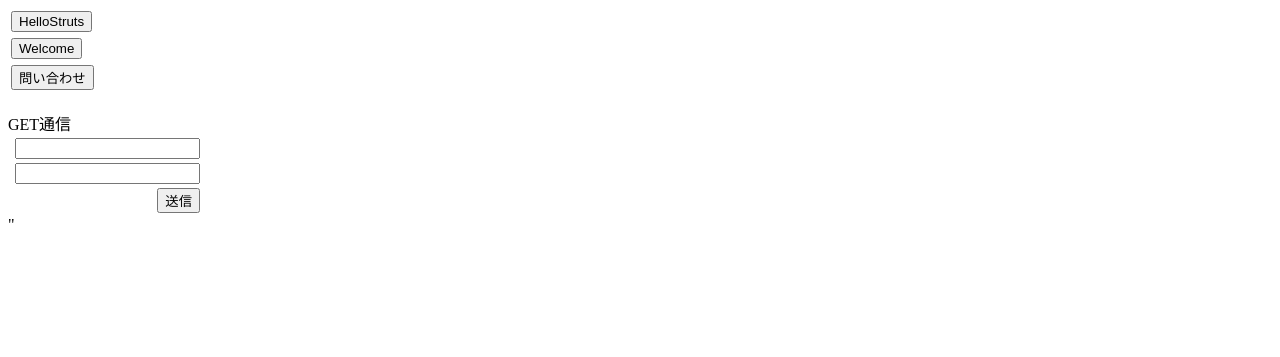
Repository: k-o7777/test
Page: http://localhost/WebProj/
The author's editor kept a copy of each file at every save. The page is drawn from the files as they stood at one save, then again after the next save.
The browser window is 1280 px wide. The pictures show the whole page.
The page is served by Tomcat 9.

Above is the page before, as saved 2019-08-29 07:51:33.

After the next save:
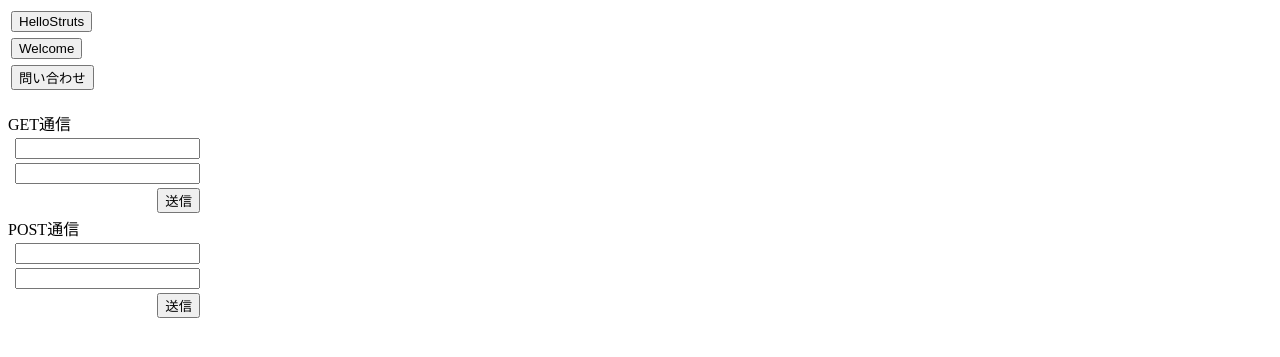
Saved 3 min 16 s later.
--- a/WebProj/WebContent/index.jsp
+++ b/WebProj/WebContent/index.jsp
@@ -26,6 +26,12 @@
 	<s:textfield name="username"/>
 	<s:password name="password"/>
 	<s:submit value="送信"/>
-	</s:form>"
+	</s:form>
+	POST通信
+	<s:form method="post" acrion="TestAction">
+	<s:textfield name="username"/>
+	<s:password name="password"/>
+	<s:submit value="送信"/>
+	</s:form>
 </body>
 </html>
